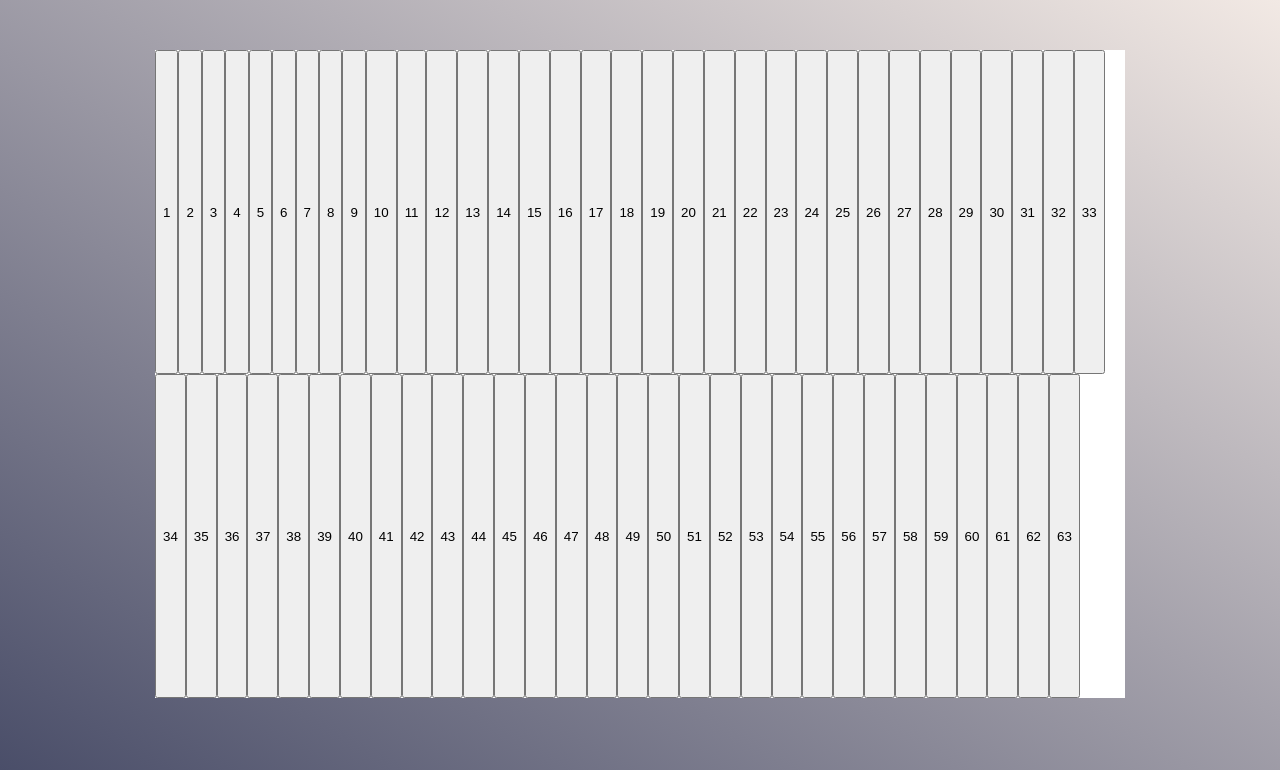
Repository: letrongtinh27/LapTrinhWeb
Page: Lab4.7/index.html
The author's editor kept a copy of each file at every save. The page is drawn from the files as they stood at one save, then again after the next save.
The browser window is 1280 px wide. The pictures show the whole page.

Above is the page before, as saved 2022-10-15 09:25:04.

After the next save:
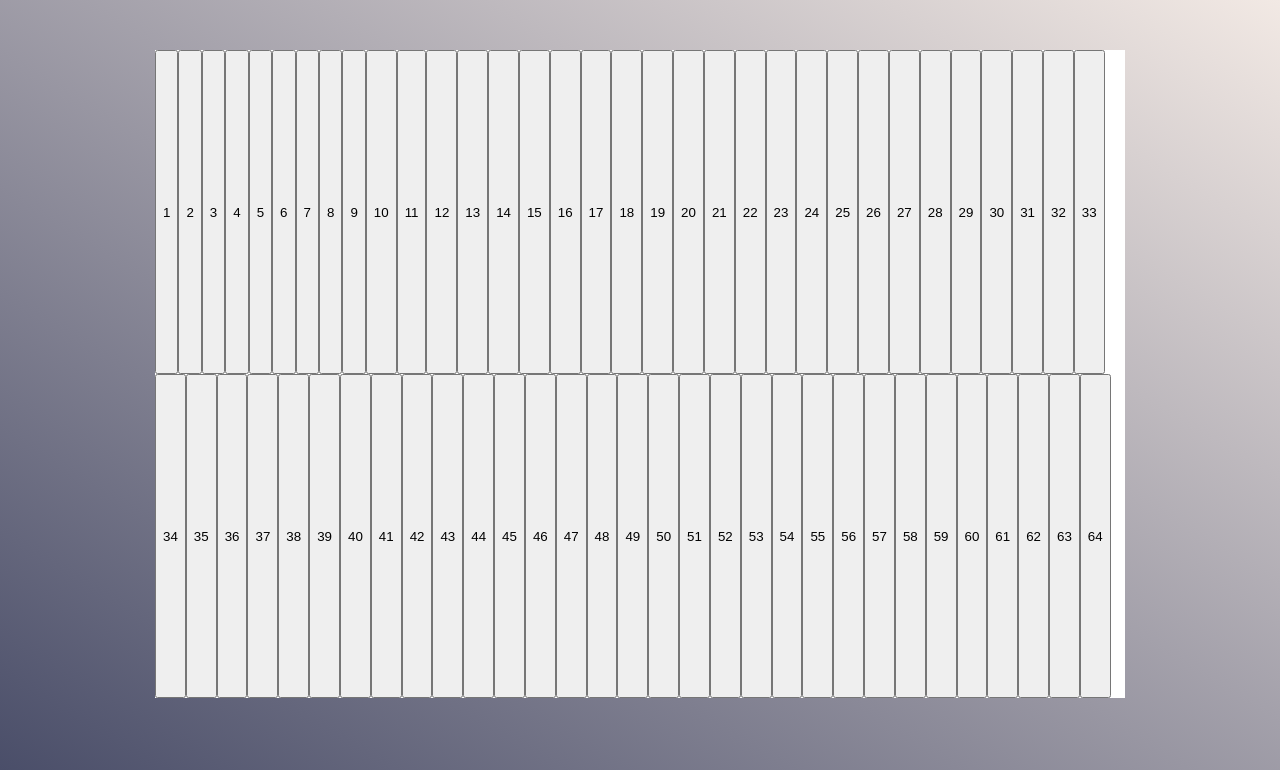
Saved 12 s later.
--- a/Lab4.7/main.js
+++ b/Lab4.7/main.js
@@ -1,5 +1,5 @@
 var button;
-for (i = 0; i < 63; i++) {
+for (i = 0; i < 64; i++) {
     button = document.createElement("button");
     button.innerHTML = i+1;
     button.className = "btn";
